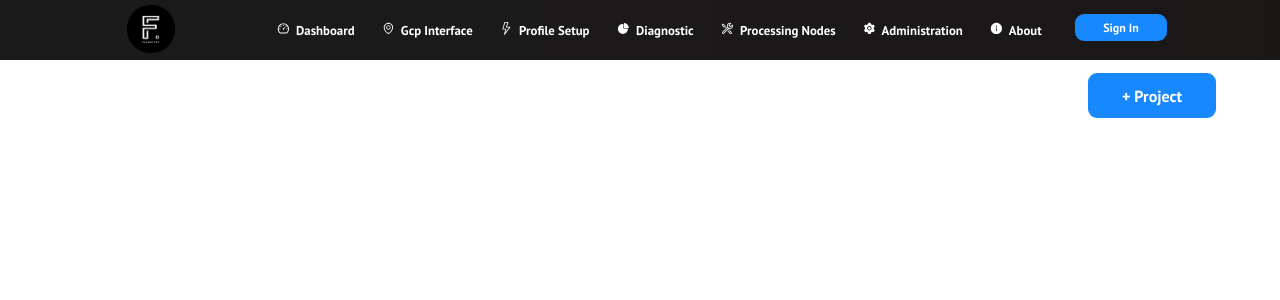
Repository: Akshaykumar1111/akki
Page: /Dashboard
These files come from the project's save history. The page is drawn as it stood at one moment and after the next save; the edit follows.
The browser window is 1280 px wide. The pictures show the whole page.
Some web libraries are served in a nearby version. The project was rebuilt for these pictures with package versions that can differ from the ones it lists, and the page was loaded fresh each time. Also part of the build but not shown: src/components/pages/Dashboard.css, src/components/pages/Administration.css, src/components/pages/Administration.js, src/components/pages/Diagnostic.js, src/components/pages/ProfileSetup.js, src/components/pages/GcpInterface.js, src/components/pages/ProcessingNodes.js, src/components/pages/About.js and 8 more.

Above is the page before, as saved 2022-10-20 10:40:52.

After the next save:
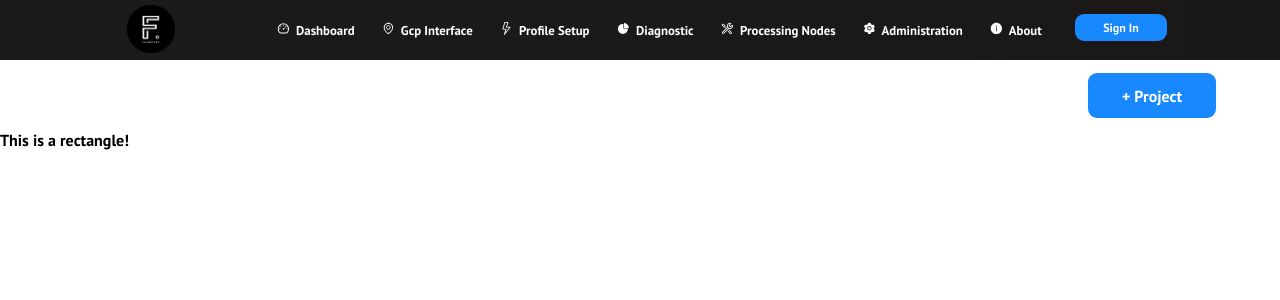
Saved 117 s later.
--- a/src/components/pages/Dashboard.js
+++ b/src/components/pages/Dashboard.js
@@ -8,7 +8,7 @@ export default function Dashboard() {
   return ( <>
 
   <button type="button" className='btn projectbtn'>+ Project</button>
-
+  <div>This is a rectangle! </div>
   </>
   )
  }
